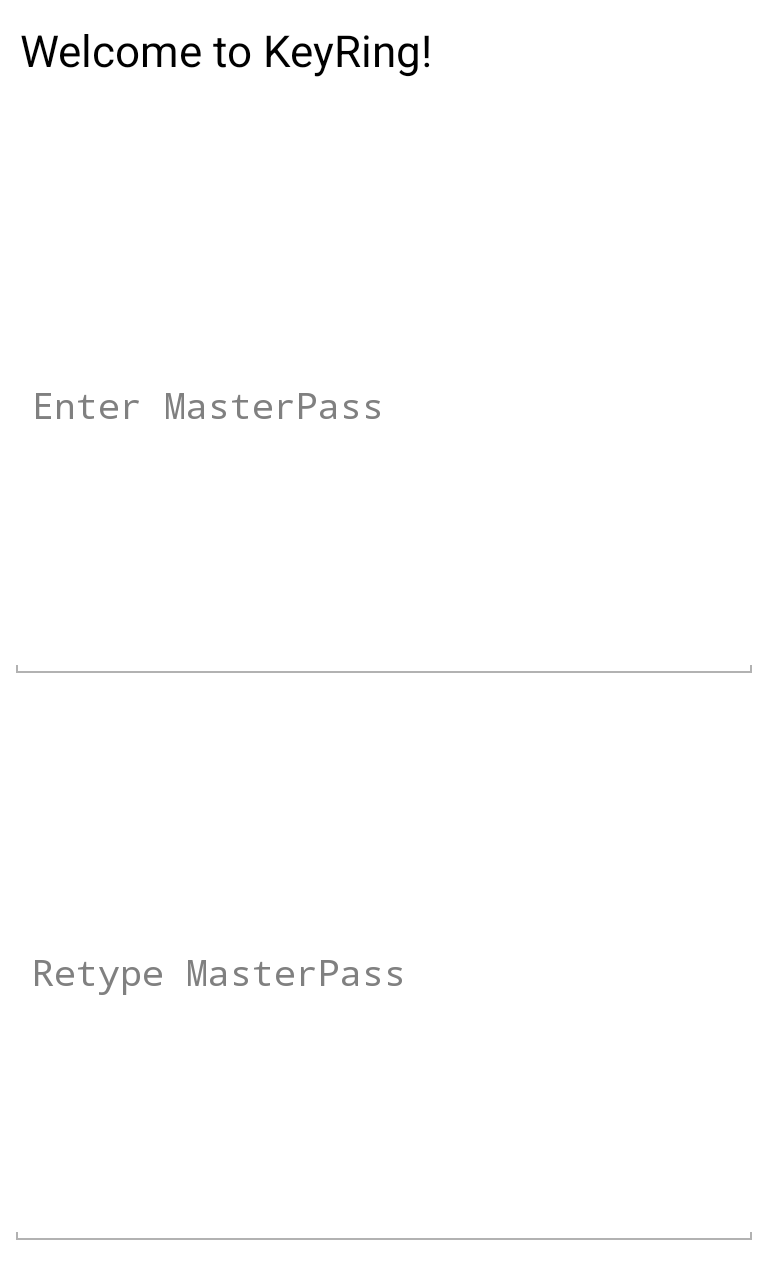
Repository: MarinIuliana/UPB-DILS-MD
Layout: KeyRing/res/layout/masterpass_setup_dialog.xml
These files come from the project's save history. The layout is drawn as it stood at one moment and after the next save; the edit follows.
It is drawn on a 768 x 1280 px phone screen (xhdpi) without system bars, with theme AppTheme; the app's code is not run.

Above is the layout before, as saved 2013-11-10 14:09:06.

After the next save:
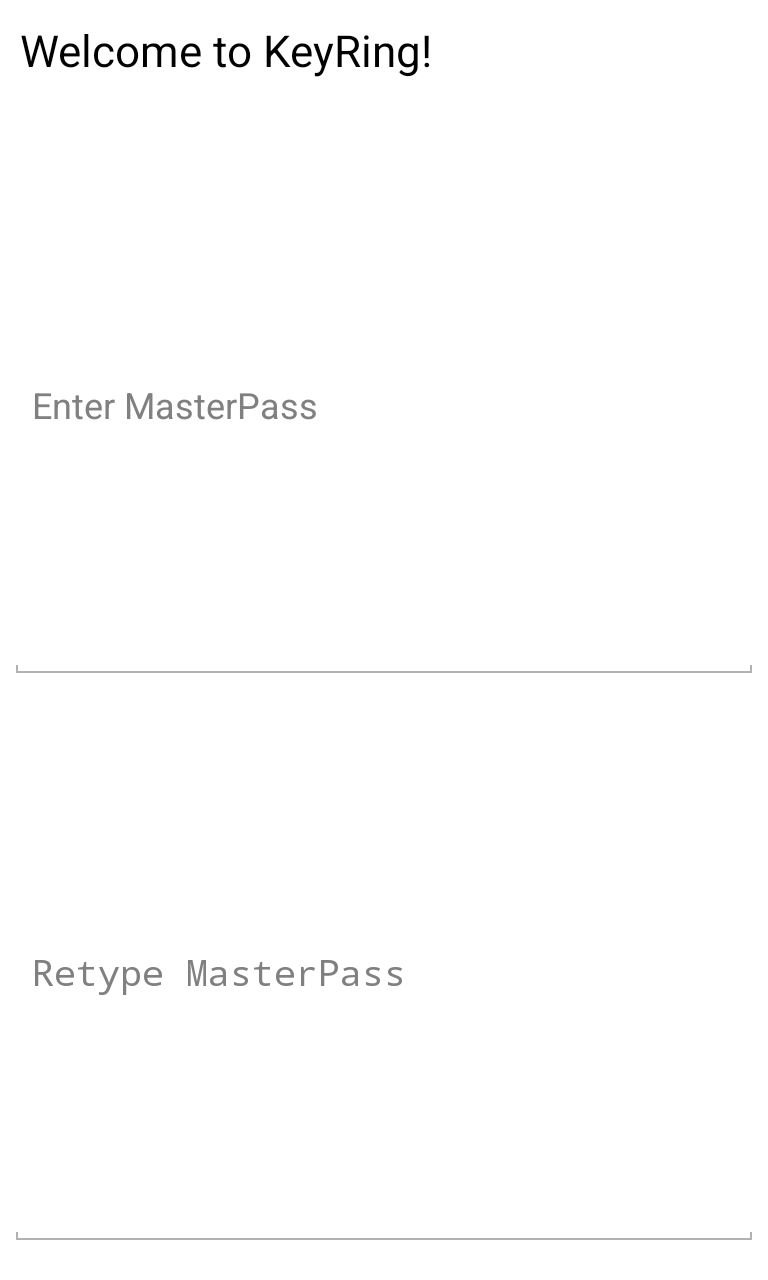
Saved 19 min 22 s later.
--- a/KeyRing/res/layout/masterpass_setup_dialog.xml
+++ b/KeyRing/res/layout/masterpass_setup_dialog.xml
@@ -22,7 +22,7 @@
         android:layout_marginTop="16dp"
         android:layout_weight="1"
         android:hint="@string/masterPassSetup1"
-        android:inputType="textPassword" />
+        android:inputType="text" />
 
     <EditText
         android:id="@+id/masterPassSetup2"

After the 2 saves that followed:
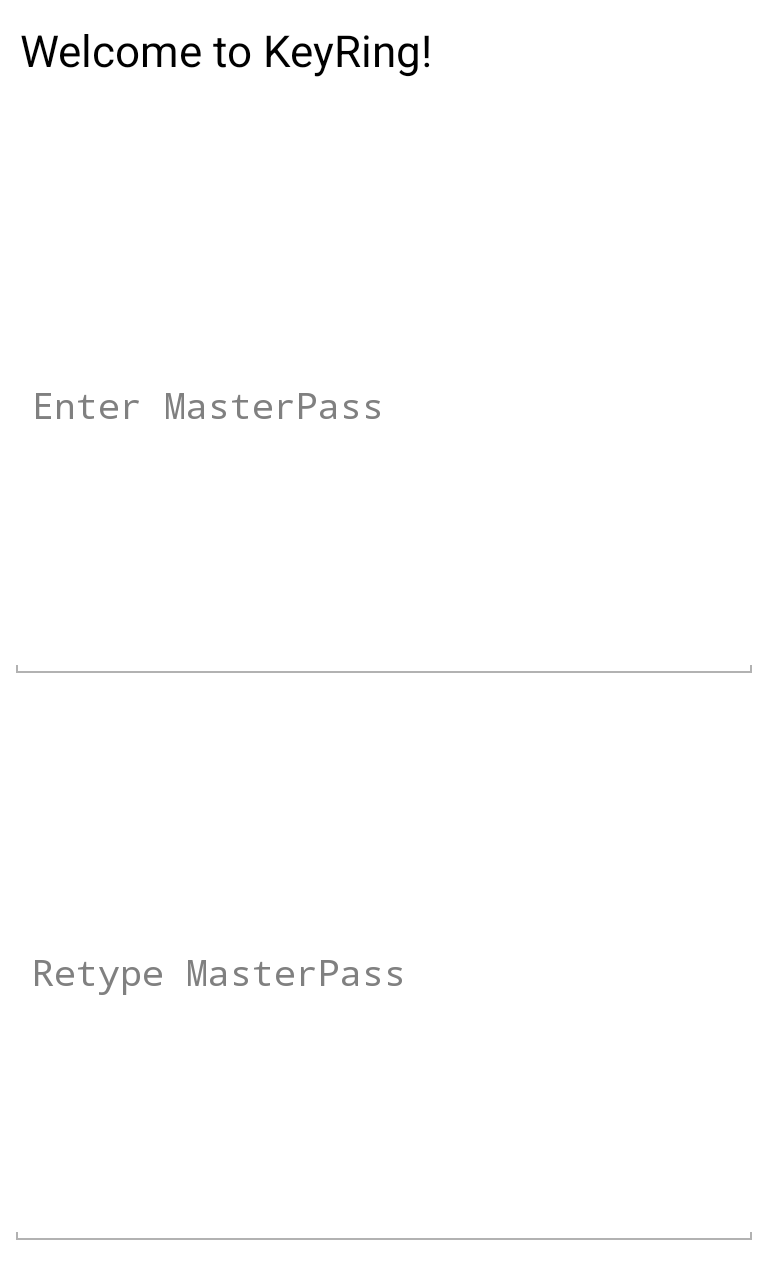
The 2 saves are shown as one change because 1 did not build or start.
The last was saved 33 s later.
--- a/KeyRing/res/layout/masterpass_setup_dialog.xml
+++ b/KeyRing/res/layout/masterpass_setup_dialog.xml
@@ -22,7 +22,7 @@
         android:layout_marginTop="16dp"
         android:layout_weight="1"
         android:hint="@string/masterPassSetup1"
-        android:inputType="text" />
+        android:inputType="text|textPassword" />
 
     <EditText
         android:id="@+id/masterPassSetup2"
@@ -34,6 +34,6 @@
         android:layout_marginTop="4dp"
         android:layout_weight="1"
         android:hint="@string/masterPassSetup2"
-        android:inputType="textPassword" />
+        android:inputType="text|textPassword" />
 
 </LinearLayout>
